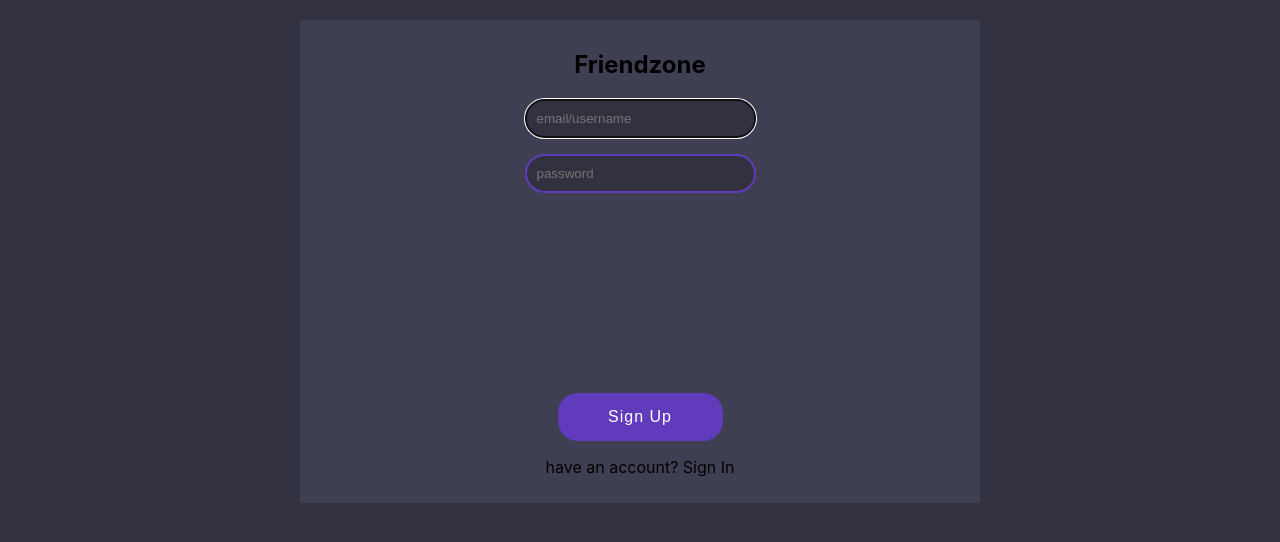
Repository: DerickT02/friend-zone
Page: /
These files come from the project's save history. The page is drawn as it stood at one moment and after the next save; the edit follows.
The browser window is 1280 px wide. The pictures show the whole page.
The project was rebuilt for these pictures with package versions that can differ from the ones it lists, and the page was loaded fresh each time. Also part of the build but not shown: src/Appreducer.js, src/GlobalState.js, src/Post.js, src/Homepage.js, src/fire.js.

Above is the page before, as saved 2021-07-07 07:58:49.

After the next save:
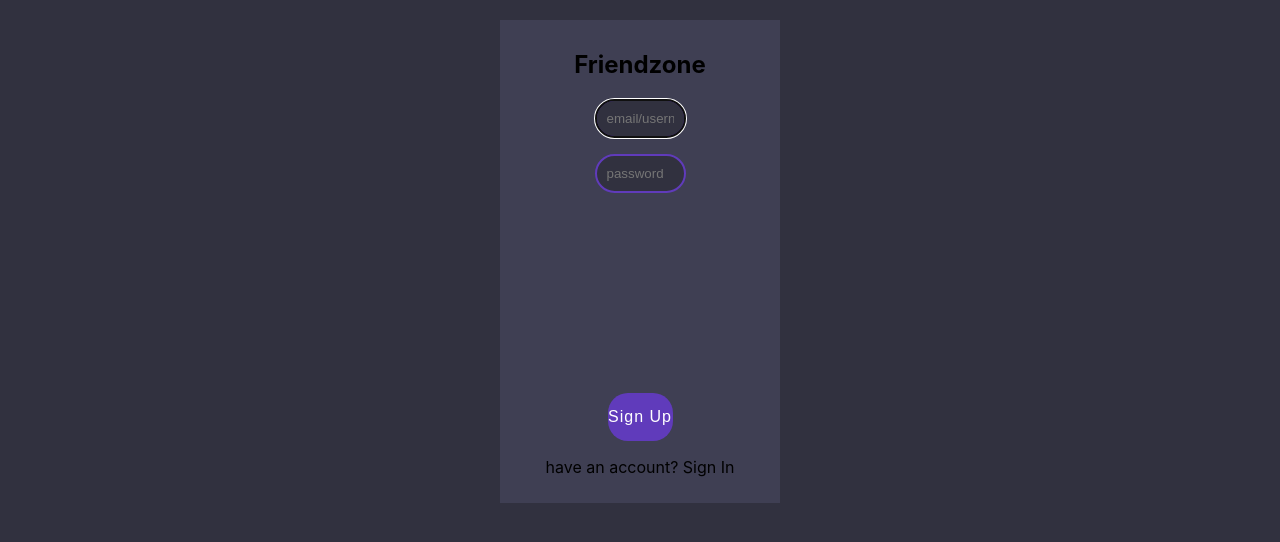
Saved 16 s later.
--- a/src/Login.css
+++ b/src/Login.css
@@ -6,8 +6,8 @@
 .login .loginContainer {
  background-color: rgb(63, 63, 83);
  padding: 10px;
- margin-left: 300px;
- margin-right:300px;
+ margin-left: 500px;
+ margin-right:500px;
  margin-top: 20px ;
 }
 
